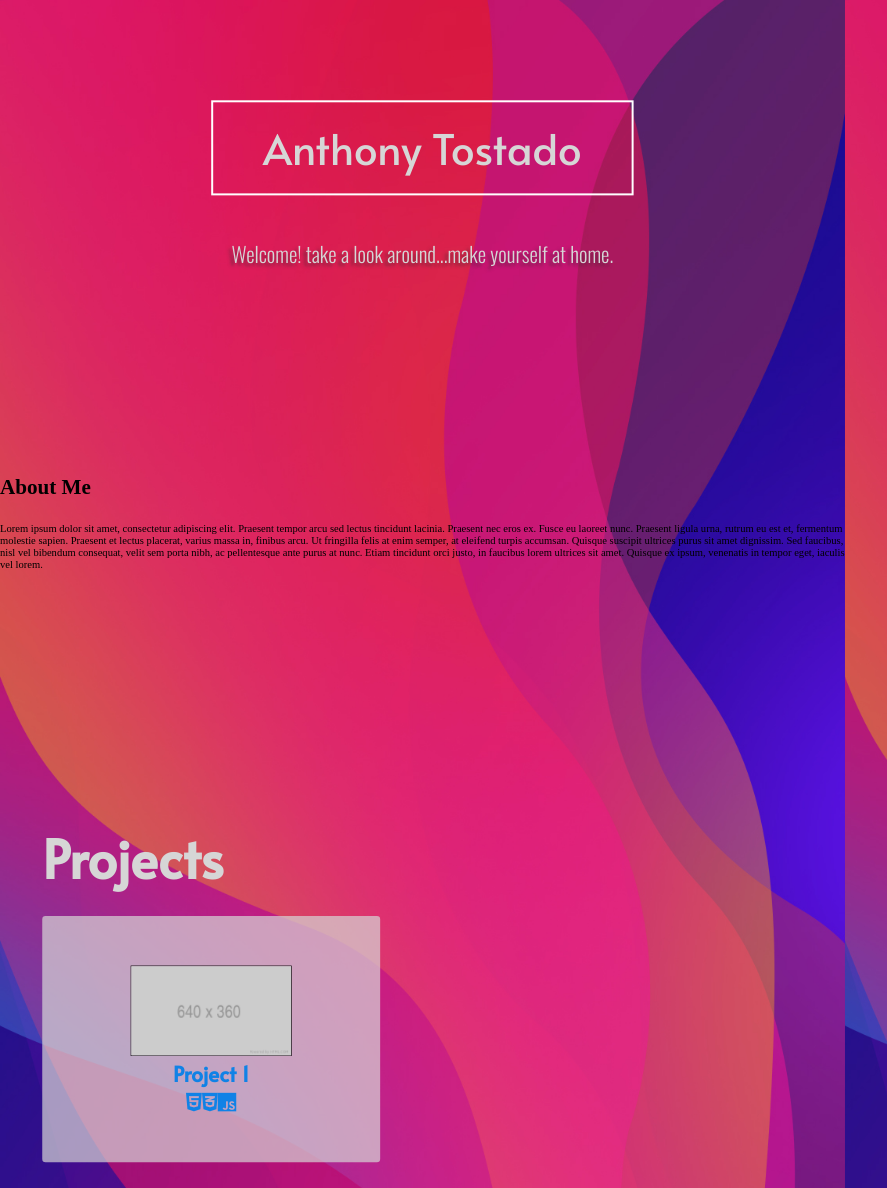
Repository: sloppytony/newport
Page: / (app in portfolio/)
An editor plug-in stored every save of this project. The page is shown before and after the next save, followed by the edit.
The browser window is 1280 px wide. The page is 1344 px wide, so the pictures cover 1344 px, including what lies to the right of the window. The pictures show the whole page, at 66% of full size.
Backgrounds fixed to the window are drawn as part of the page. Some web libraries are served in a nearby version. The project was rebuilt for these pictures with package versions that can differ from the ones it lists, and the page was loaded fresh each time.

Above is the page before, as saved 2020-08-23 14:15:55.

After the next save:
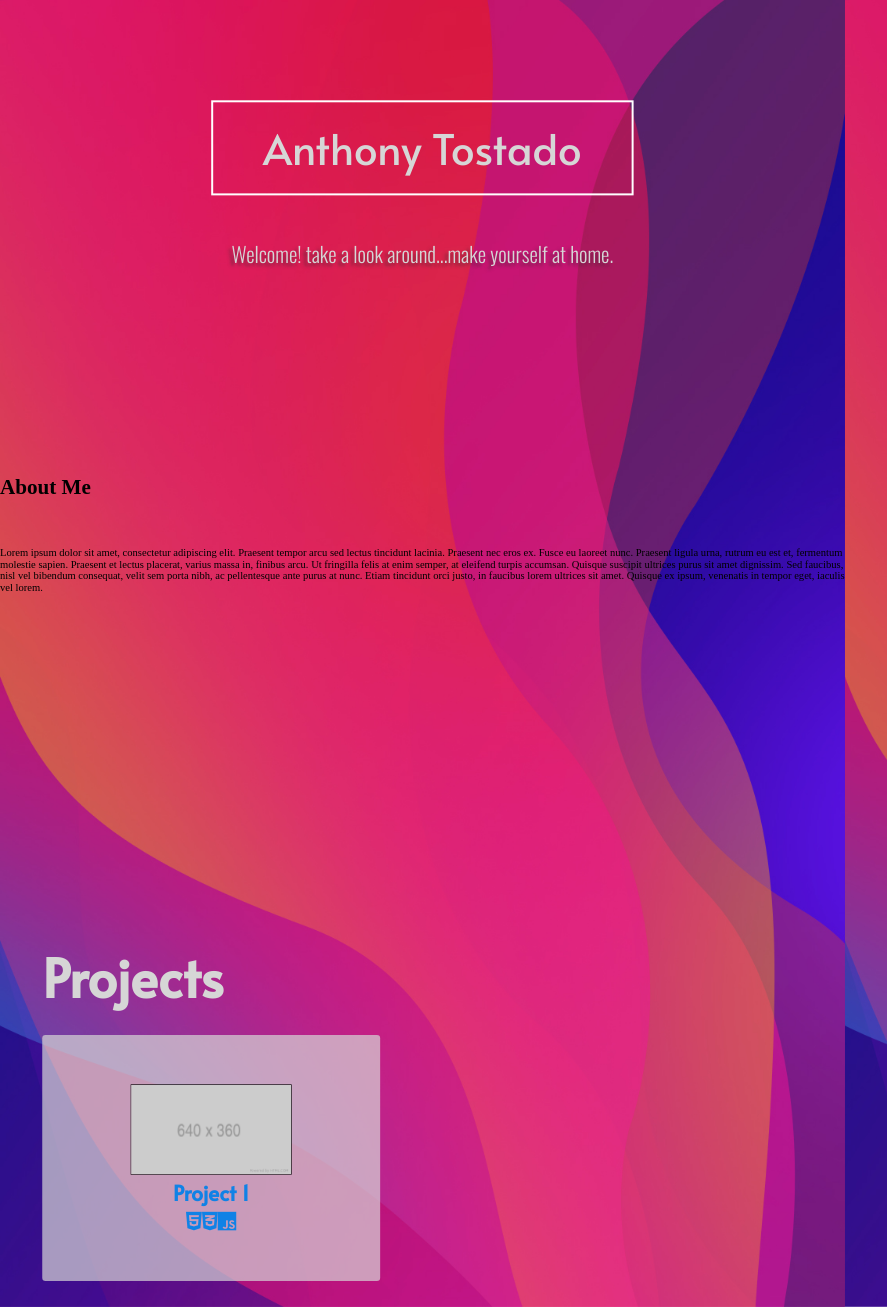
Saved 9 s later.
--- a/portfolio/src/App.css
+++ b/portfolio/src/App.css
@@ -56,7 +56,7 @@
 
 /*about*/
 .section2 {
-  height: 50vh;
+  height: 75vh;
   width: 100%;
 }
 
